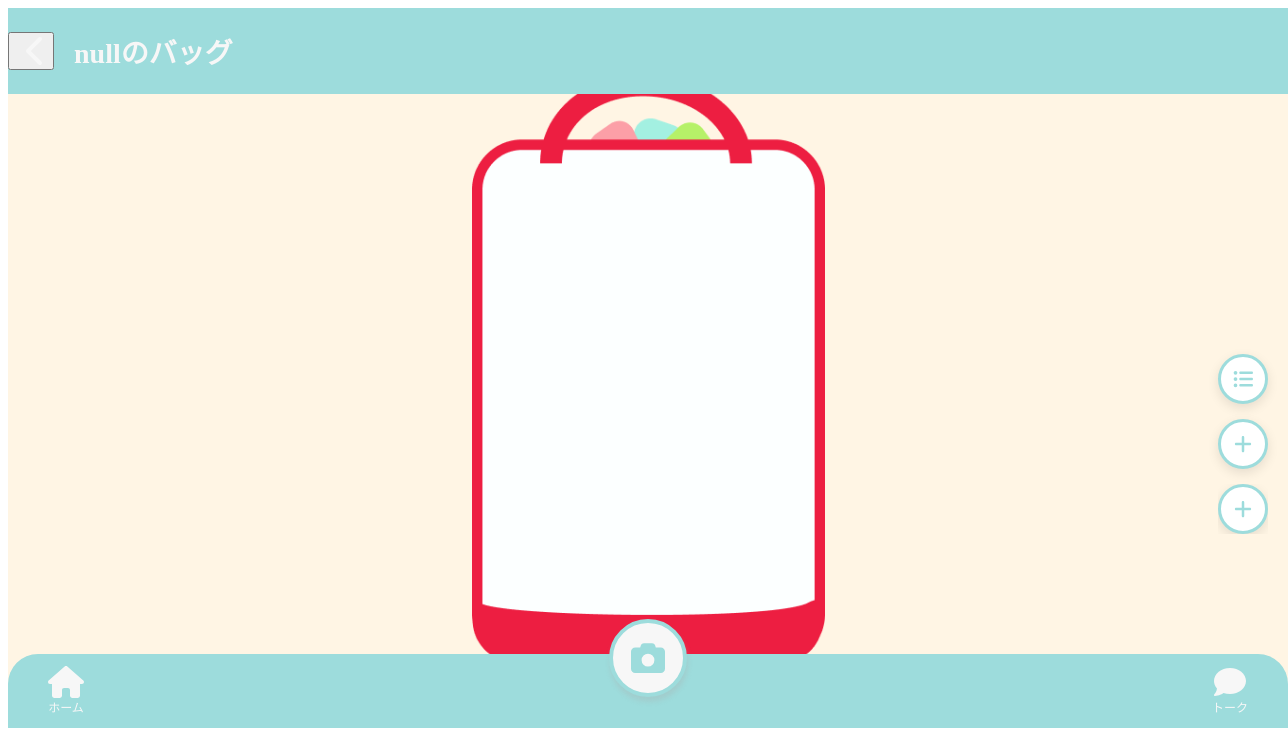
Repository: yamagataYK/pair-bag
Page: /bag
The author's editor kept a copy of each file at every save. The page is drawn from the files as they stood at one save, then again after the next save.
The browser window is 1280 px wide. The page is 1288 px wide, so the pictures cover 1288 px, including what lies to the right of the window. The pictures show the whole page.
The project was rebuilt for these pictures with package versions that can differ from the ones it lists, and the page was loaded fresh each time. The framework's server and built-in components were replaced by stand-ins that run in the browser. Also part of the build but not shown: next.config.ts.

Above is the page before, as saved 2025-07-17 14:26:44.

After the next save:
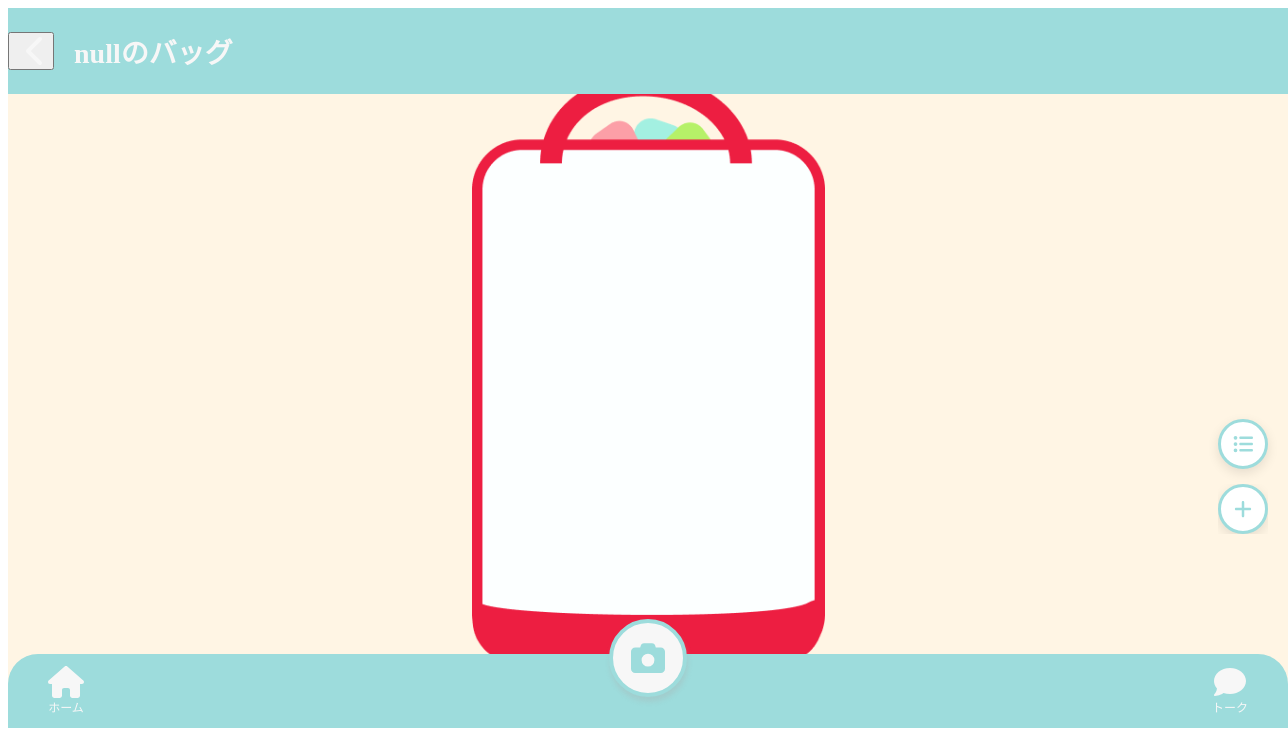
Saved 11 s later.
--- a/src/app/bag/page.tsx
+++ b/src/app/bag/page.tsx
@@ -41,9 +41,6 @@ export default function Page() {
                         <button type="button" className={styles.addButton}>
                             <FontAwesomeIcon icon={faListUl} className={styles.icon} />
                         </button>
-                        <button type="button" className={styles.addButton}>
-                            <FontAwesomeIcon icon={faPlus} className={styles.icon} />
-                        </button>
                         <Modal></Modal>
                     </div>
                 </div>
